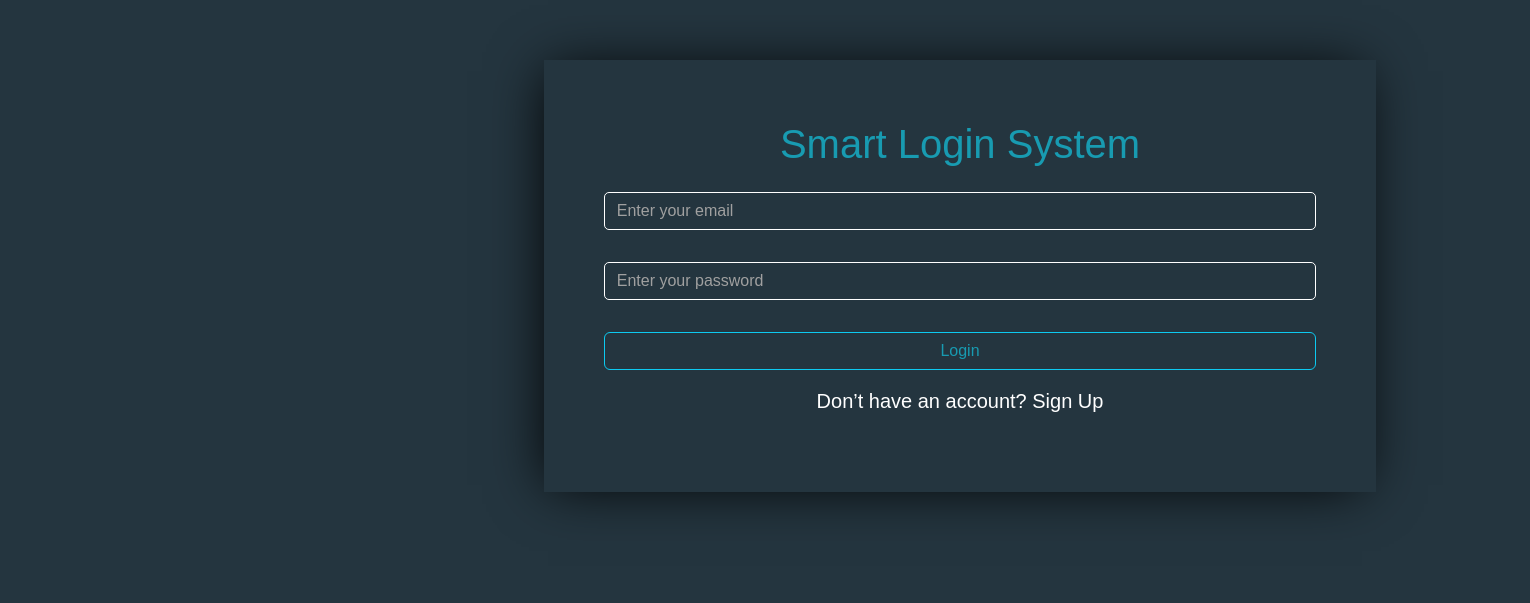
Repository: bodajava/TASK-4
Page: index.html
These files come from the project's save history. The page is drawn as it stood at one moment and after the next save; the edit follows.
The browser window is 1280 px wide. The page is 1530 px wide, then 1280 px, so the pictures cover 1530 px, including what lies to the right of the window. The pictures show the whole page.

Above is the page before, as saved 2025-06-19 10:27:07.

After the next save:
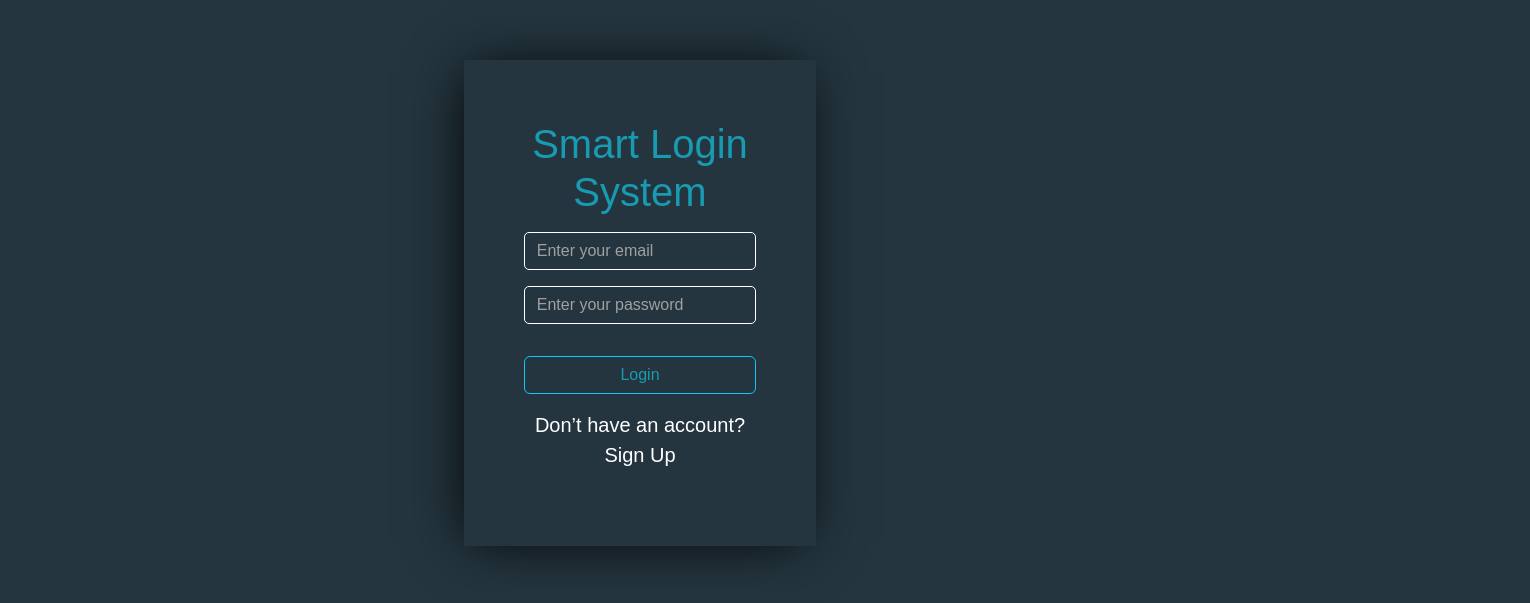
Saved 23 s later.
--- a/CSS/style.css
+++ b/CSS/style.css
@@ -7,6 +7,9 @@
 body {
   background-color: #24353f;
   font-family: Arial, sans-serif;
+  display: flex;
+  justify-content: center;
+  flex-wrap: wrap;
 }
 
 #item {
@@ -15,9 +18,6 @@ body {
   margin-right: 390px;
   padding-left: 15px;
   padding-right: 15px;
-  display: flex;
-  justify-content: center;
-  flex-wrap: wrap;
 }
 
 #item2 {
@@ -28,9 +28,6 @@ body {
   padding-right: 60px;
   padding-top: 60px;
   padding-bottom: 60px;
-  display: flex;
-  justify-content: center;
-  flex-wrap: wrap;
 }
 
 h1 {
